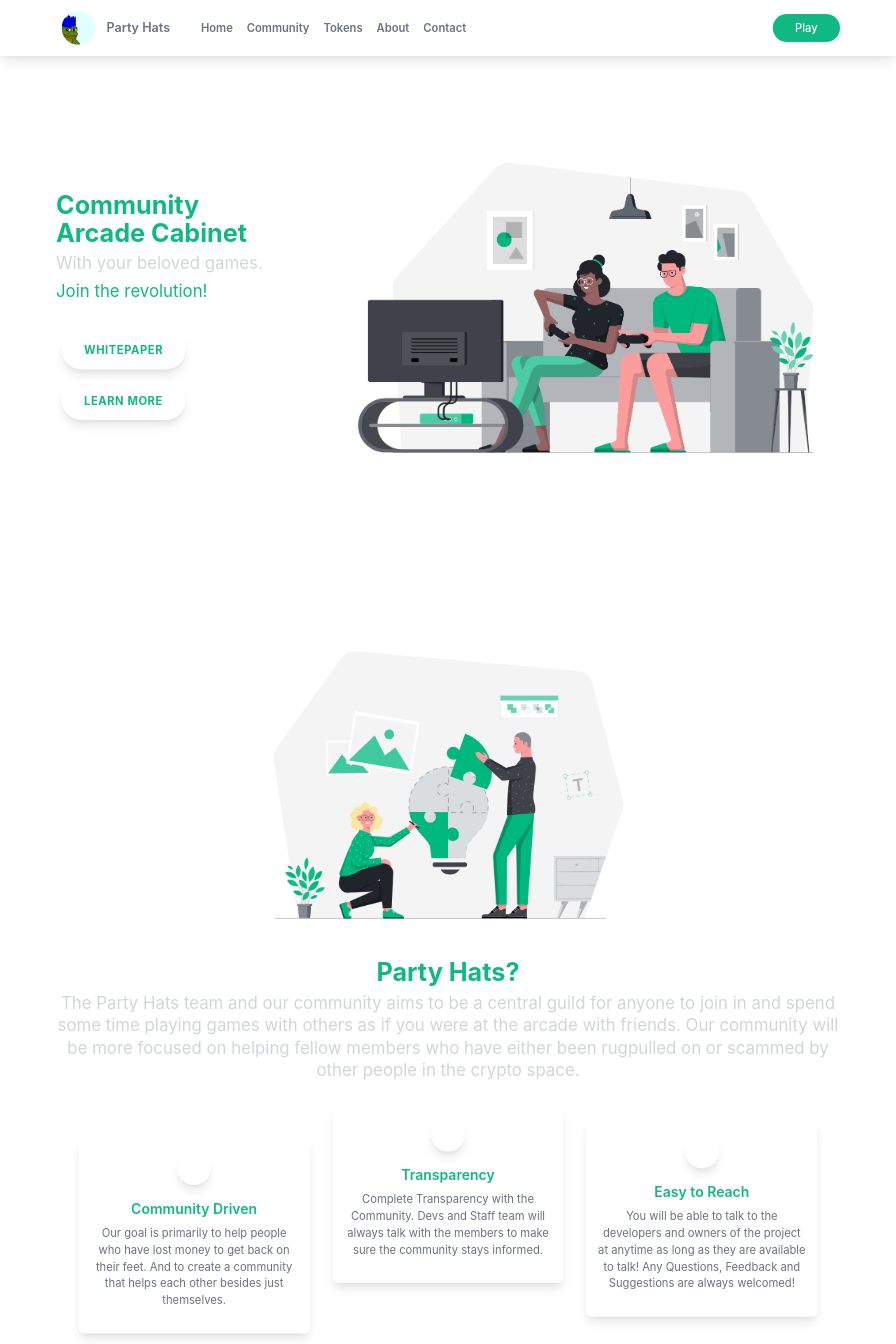
Repository: rhinorphan/phat-landing-page
Page: /
An editor plug-in stored every save of this project. The page is shown before and after the next save, followed by the edit.
The browser window is 1280 px wide. The pictures show the part of the page from y = 0 to 1920 px (the page is 3976 px tall before and 2454 px after), at 70% of full size.
The project was rebuilt for these pictures with package versions that can differ from the ones it lists, and the page was loaded fresh each time. Also part of the build but not shown: craco.config.js.

Above is the page before, as saved 2021-11-17 20:42:20.

### public/index.html
<!DOCTYPE html>
<html lang="en">
  <head>
    <meta charset="utf-8" />
    <link rel="icon" href="%PUBLIC_URL%/assets/images/server_icon.png" />
    <meta name="PHAT" content="width=device-width, initial-scale=1" />
    <meta name="theme-color" content="#000000" />
    <meta
      name="description"
      content="PHAT Landing Page"
    />
    <link rel="apple-touch-icon" href="%PUBLIC_URL%/assets/images/server_icon.png" />
    <!--
      manifest.json provides metadata used when your web app is installed on a
      user's mobile device or desktop. See https://developers.google.com/web/fundamentals/web-app-manifest/
    -->
    <link rel="manifest" href="%PUBLIC_URL%/manifest.json" />
    <!--
      Notice the use of %PUBLIC_URL% in the tags above.
      It will be replaced with the URL of the `public` folder during the build.
      Only files inside the `public` folder can be referenced from the HTML.

      Unlike "/favicon.ico" or "favicon.ico", "%PUBLIC_URL%/favicon.ico" will
      work correctly both with client-side routing and a non-root public URL.
      Learn how to configure a non-root public URL by running `npm run build`.
    -->
    <title>Party Hats</title>
  </head>
  <body>
    <noscript>You need to enable JavaScript to run this app.</noscript>
    <div id="root"></div>
    <!--
      This HTML file is a template.
      If you open it directly in the browser, you will see an empty page.

      You can add webfonts, meta tags, or analytics to this file.
      The build step will place the bundled scripts into the <body> tag.

      To begin the development, run `npm start` or `yarn start`.
      To create a production bundle, use `npm run build` or `yarn build`.
    -->
  </body>
</html>

### src/App.js
import logo from './logo.svg';
import './App.css';
import Header from './components/Header';
import Contact from './components/Contact';
import Landing from './components/Landing';
import Community from './components/Community';
import Tokens from './components/Tokens';
import About from './components/About';

function App() {
  return (
    <div className="app">
        <Header />
        <div className="app__body">
          <Landing />
          <Community />
          <Tokens />
          <About />
          <Contact />
        </div>
    </div>
  );
}

export default App;

### src/App.css
.active {
  @apply py-4 px-2 text-green-500 border-b-4 border-green-500 font-semibold
}

.active2 {
  @apply block text-sm px-2 py-4 text-white bg-green-500 font-semibold
}

.nobull {
  list-style-type: none;
}

### src/components/Header.js
import React from 'react';
import { Link, animateScroll as scroll } from "react-scroll";

function Header() {

  const handleSubmit = (e) => {
    e.preventDefault();

		const menu = document.querySelector(".mobile-menu");

		menu.classList.toggle("hidden");
  }
  const scrollToTop = (e) => {
    scroll.scrollToTop();
  };

  return (
    <nav class="bg-white shadow-lg sticky top-0">
			<div class="max-w-6xl mx-auto px-4">
				<div class="flex justify-between">
					<div class="flex space-x-7">
						<div>
							<a href="" class="flex items-center py-4 px-2">
								<img src={`${process.env.PUBLIC_URL}/assets/images/server_icon.png`} alt="Logo" class="inline object-cover w-12 h-12 mr-4 rounded-full"/>
								<span onClick={scrollToTop}class="font-semibold text-gray-500 text-lg">Party Hats</span>
							</a>
						</div>
						<div class="hidden md:flex items-center space-x-1 nobull">
              <li><Link activeClass="active" className="py-4 px-2 text-gray-500 font-semibold hover:text-green-500 transition duration-300 cursor-pointer"
              to="landing" spy={true} smooth={true} duration={500}>Home</Link></li>
							<li><Link activeClass="active" className="py-4 px-2 text-gray-500 font-semibold hover:text-green-500 transition duration-300 cursor-pointer"
              to="community" spy={true} smooth={true} duration={500}>Community</Link></li>
              <li><Link activeClass="active" className="py-4 px-2 text-gray-500 font-semibold hover:text-green-500 transition duration-300 cursor-pointer"
              to="token" spy={true} smooth={true} duration={500}>Tokens</Link></li>
							<li><Link activeClass="active" className="py-4 px-2 text-gray-500 font-semibold hover:text-green-500 transition duration-300 cursor-pointer"
              to="about" spy={true} smooth={true} duration={500}>About</Link></li>
							<li><Link activeClass="active" className="py-4 px-2 text-gray-500 font-semibold hover:text-green-500 transition duration-300 cursor-pointer"
              to="contact" spy={true} smooth={true} duration={500}>Contact</Link></li>
						</div>
					</div>
					<div class="hidden md:flex items-center space-x-3 ">
						<a target="_blank" rel="noopener noreferrer" href="https://tetr.io/" class="py-2 px-8 font-medium text-white bg-green-500 hover:bg-green-400 transition duration-300 rounded-full">Play</a>
					</div>
					<div class="md:hidden flex items-center">
						<button class="outline-none mobile-menu-button" onClick={handleSubmit}>
						<svg class=" w-6 h-6 text-gray-500 hover:text-green-500 "
							x-show="!showMenu"
							fill="none"
							stroke-linecap="round"
							stroke-linejoin="round"
							stroke-width="2"
							viewBox="0 0 24 24"
							stroke="currentColor"
						>
							<path d="M4 6h16M4 12h16M4 18h16"></path>
						</svg>
					</button>
					</div>
				</div>
			</div>
			<div class="hidden mobile-menu">
				<ul class="">
					<li><Link activeClass="active2" className="block text-sm px-2 py-4 hover:bg-green-500 transition duration-300 hover:text-white cursor-pointer"
              to="landing" spy={true} smooth={true} duration={500}>Home</Link></li>
					<li><Link activeClass="active2" className="block text-sm px-2 py-4 hover:bg-green-500 transition duration-300 hover:text-white cursor-pointer"
              to="community" spy={true} smooth={true} duration={500}>Community</Link></li>
          <li><Link activeClass="active2" className="block text-sm px-2 py-4 hover:bg-green-500 transition duration-300 hover:text-white cursor-pointer"
              to="token" spy={true} smooth={true} duration={500}>Tokens</Link></li>
					<li><Link activeClass="active2" className="block text-sm px-2 py-4 hover:bg-green-500 transition duration-300 hover:text-white cursor-pointer"
              to="about" spy={true} smooth={true} duration={500}>About</Link></li>
					<li><Link activeClass="active2" className="block text-sm px-2 py-4 hover:bg-green-500 transition duration-300 hover:text-white cursor-pointer"
              to="contact" spy={true} smooth={true} duration={500}>Contact</Link></li>
				</ul>
			</div>
		</nav>
  )
}

export default Header

### src/components/Landing.js
import React from 'react'
import { Link, animateScroll as scroll } from "react-scroll";

function Landing() {
  return (
    <section className="grid md:flex place-items-center h-screen py-10 px-4" name="landing">
      <div class="mx-16">
        <h2 class="text-4xl  font-bold mb-2 text-green-500">
          Community Arcade Cabinet
        </h2>
        <h3 class="text-2xl mb-2 text-gray-300">
        With your beloved games.
        </h3>
        <h3 class="text-2xl mb-8 text-green-500">
        Join the revolution!
        </h3>

        <button class="m-2 bg-white font-bold rounded-full py-4 px-8 shadow-lg uppercase tracking-wider text-green-500 hover:bg-green-400 transition duration-300 hover:text-white">
          <a target="_blank" rel="noopener noreferrer" href="https://lionell-moore.gitbook.io/crypto-party-hats/introductions/what-is-party-hats">Whitepaper</a>
        </button>
        <button class="m-2 bg-white font-bold rounded-full py-4 px-8 shadow-lg uppercase tracking-wider text-green-500 hover:bg-green-400 transition duration-300 hover:text-white">
          <a target="_blank" rel="noopener noreferrer" href="#"><Link activeClass="active"
              to="community" spy={true} smooth={true} duration={500}>Learn More</Link></a>
        </button>
      </div>
      <div className="w-full">
        <img src={`${process.env.PUBLIC_URL}/assets/images/landing.png`} alt="" className="h-full w-full"/>
      </div>
    </section>
  )
}

export default Landing

### src/components/Community.js
import React from 'react'

function Community() {
  return (
    <section className="grid md:grid place-items-center h-100 py-10 px-4" name="community">
      <div className="w-min-50">
        <img src={`${process.env.PUBLIC_URL}/assets/images/collab.png`} alt=""/>
      </div>
      <div class="mx-16 w-50">
        <h2 class="flex text-4xl  font-bold mb-2 text-green-500 justify-center">
        Party Hats?
        </h2>
        <h3 class="flex text-2xl mb-2 text-gray-300 text-center">
        The Party Hats team and our community aims to be a central guild for anyone to join in and spend some time playing games with others as if you were at the arcade with friends. Our community will be more focused on helping fellow members who have either been rugpulled on or scammed by other people in the crypto space.
        </h3>
        <section class="pb-10 bg-blueGray-200 mt-8">
        <div class="container mx-auto px-4">
          <div class="flex flex-wrap">
            <div class="lg:pt-12 pt-6 w-full md:w-4/12 px-4 text-center">
              <div class="flex flex-col min-w-0 break-words bg-white w-full mb-8 shadow-lg rounded-lg">
                <div class="px-4 py-5 flex-auto">
                  <div class="text-white p-3 text-center inline-flex items-center justify-center w-12 h-12 mb-5 shadow-lg rounded-full">
                    <i class="fas fa-award"></i>
                  </div>
                  <h6 class="text-xl font-semibold text-green-500">Community Driven</h6>
                  <p class="mt-2 mb-4 text-gray-500">
                  Our goal is primarily to help people who have lost money to get back on their feet. And to create a community that helps each other besides just themselves.
                  </p>
                </div>
              </div>
            </div>
            <div class="w-full md:w-4/12 px-4 text-center">
              <div class="flex flex-col min-w-0 break-words bg-white w-full mb-8 shadow-lg rounded-lg">
                <div class="px-4 py-5 flex-auto">
                  <div class="text-white p-3 text-center inline-flex items-center justify-center w-12 h-12 mb-5 shadow-lg rounded-full bg-lightBlue-400">
                    <i class="fas fa-retweet"></i>
                  </div>
                  <h6 class="text-xl font-semibold text-green-500">Transparency</h6>
                  <p class="mt-2 mb-4 text-gray-500">
                  Complete Transparency with the Community.
                  Devs and Staff team will always talk with the members to make sure the community stays informed.
                  </p>
                </div>
              </div>
            </div>
            <div class="pt-6 w-full md:w-4/12 px-4 text-center">
              <div class="flex flex-col min-w-0 break-words bg-white w-full mb-8 shadow-lg rounded-lg">
                <div class="px-4 py-5 flex-auto">
                  <div class="text-white p-3 text-center inline-flex items-center justify-center w-12 h-12 mb-5 shadow-lg rounded-full bg-emerald-400">
                    <i class="fas fa-fingerprint"></i>
                  </div>
                  <h6 class="text-xl font-semibold text-green-500">Easy to Reach</h6>
                  <p class="mt-2 mb-4 text-gray-500">
                  You will be able to talk to the developers and owners of the project at anytime as long as they are available to talk! Any Questions, Feedback and Suggestions are always welcomed!
                  </p>
                </div>
              </div>
            </div>
          </div>
        </div>
        </section>
      </div>
    </section>
  )
}

export default Community

### src/components/Tokens.js
import React from 'react'

function Tokens() {
  return (
    <section name="token" className="h-screen container px-5 py-24 mx-auto flex justify-center">
      <p className="flex text-4xl  font-bold mb-2 text-green-500 justify-center">Tokens</p>
    </section>
  )
}

export default Tokens

### src/components/About.js
import React from 'react'

// shadow-lg border border-gray-200 rounded-full overflow-hidden - picture TEAM div className

function About() {
  return (
    <section name="about" className="h-100 container px-5 py-24 mx-auto flex-col">
      <div>
        <p className="flex text-4xl  font-bold mb-2 text-green-500 justify-center">Meet the Team</p>
      </div>
      <div class="flex flex-col sm:flex-row gap-4">

			<div class="flex flex-col items-center justify-center bg-white p-4 shadow rounded-lg">
				<div class="inline-flex h-40 w-40">
					<img src={`${process.env.PUBLIC_URL}/assets/images/team1.png`}
						 alt=""
						 class="h-full w-full"/>
				</div>

				<h2 class="mt-4 font-bold text-xl">John Smith</h2>
				<h6 class="mt-2 text-sm font-medium text-green-500">Founder</h6>

				<p class="text-xs text-gray-500 text-center mt-3">
					Lorem ipsum dolor sit amet, consectetur adipisicing elit. Ab enim molestiae nulla.
				</p>

				<ul class="flex flex-row mt-4 space-x-2">
					<li>
						<a href="" class="flex items-center justify-center h-8 w-8 border rounded-full text-gray-800 border-gray-800">
							<i class="fab fa-facebook"></i>
						</a>
					</li>
					<li>
						<a href="" class="flex items-center justify-center h-8 w-8 border rounded-full text-gray-800 border-gray-800">
							<i class="fab fa-twitter"></i>
						</a>
					</li>
					<li>
						<a href="" class="flex items-center justify-center h-8 w-8 border rounded-full text-gray-800 border-gray-800">
							<i class="fab fa-instagram"></i>
						</a>
					</li>
				</ul>
			</div>

			<div class="flex flex-col items-center justify-center bg-white p-4 shadow rounded-lg">
				<div class="inline-flex h-40 w-40">
					<img src={`${process.env.PUBLIC_URL}/assets/images/team2.png`}
						 alt=""
						 class="h-full w-full"/>
				</div>

				<h2 class="mt-4 font-bold text-xl">Anna Bennett</h2>
				<h6 class="mt-2 text-sm font-medium text-green-500">CFO</h6>

				<p class="text-xs text-gray-500 text-center mt-3">
					Lorem ipsum dolor sit amet, consectetur adipisicing elit. Ab enim molestiae nulla.
				</p>

				<ul class="flex flex-row mt-4 space-x-2">
					<li>
						<a href="" class="flex items-center justify-center h-8 w-8 border rounded-full text-gray-800 border-gray-800">
							<i class="fab fa-facebook"></i>
						</a>
					</li>
					<li>
						<a href="" class="flex items-center justify-center h-8 w-8 border rounded-full text-gray-800 border-gray-800">
							<i class="fab fa-twitter"></i>
						</a>
					</li>
					<li>
						<a href="" class="flex items-center justify-center h-8 w-8 border rounded-full text-gray-800 border-gray-800">
							<i class="fab fa-instagram"></i>
						</a>
					</li>
				</ul>
			</div>

			<div class="flex flex-col items-center justify-center bg-white p-4 shadow rounded-lg">
				<div class="inline-flex h-40 w-40">
					<img src={`${process.env.PUBLIC_URL}/assets/images/team3.png`}
						 alt=""
						 class="h-full w-full"/>
				</div>

				<h2 class="mt-4 font-bold text-xl">Mary Taylor</h2>
				<h6 class="mt-2 text-sm font-medium text-green-500">Marketing</h6>

				<p class="text-xs text-gray-500 text-center mt-3">
					Lorem ipsum dolor sit amet, consectetur adipisicing elit. Ab enim molestiae nulla.
				</p>

				<ul class="flex flex-row mt-4 space-x-2">
					<li>
						<a href="" class="flex items-center justify-center h-8 w-8 border rounded-full text-gray-800 border-gray-800">
							<i class="fab fa-facebook"></i>
						</a>
					</li>
					<li>
						<a href="" class="flex items-center justify-center h-8 w-8 border rounded-full text-gray-800 border-gray-800">
							<i class="fab fa-twitter"></i>
						</a>
					</li>
					<li>
						<a href="" class="flex items-center justify-center h-8 w-8 border rounded-full text-gray-800 border-gray-800">
							<i class="fab fa-instagram"></i>
						</a>
					</li>
				</ul>
			</div>

		</div>

    </section>
  )
}

export default About

### src/components/Game.js
import React from 'react'
import './Game.scss'

function Game() {
  return (
    <div class="presentation-content">
  <h1 class="presentation-title">
    Custom Property Retro Buttons
  </h1>
  <div class="top-button-group">
    <button class="retro-button">Start</button><button class="retro-button">Select</button>
  </div>
  <div class="bottom-button-group">
    <button class="retro-button red-button">A</button><button class="retro-button yellow-button">B</button><button class="retro-button blue-button">X</button><button class="retro-button green-button">Y</button>
  </div>
</div>
  )
}

export default Game

### src/components/Game.scss
:root {
  --button-height: 3rem;
  --color-text: rgba(0, 0, 0, 0.25);
  --color-text-shadow: rgba(255, 255, 255, 0.15);
  --color-page-bg: #b9b5aa;
  --color-bg: #899095;
  --color-bg-light: #969da3;
  --color-bg-dark: #7d878f;
  --color-overlay-light: rgba(255, 255, 255, 0.2);
  --color-overlay-medium: rgba(0, 0, 0, 0.1);
  --color-overlay-dark: rgba(0, 0, 0, 0.2);
  --color-tab-focus: rgba(255, 255, 255, 0.15);
}

.red-button {
  --color-bg: #e44e55;
  --color-bg-light: #e47479;
  --color-bg-dark: #d13239;
}

.green-button {
  --color-bg: #00a07d;
  --color-bg-light: #00af8a;
  --color-bg-dark: #008f70;
}

.blue-button {
  --color-bg: #0066b4;
  --color-bg-light: #3981ca;
  --color-bg-dark: #004ead;
}

.yellow-button {
  --color-bg: #ffc054;
  --color-bg-light: #ffd996;
  --color-bg-dark: #f2aa30;
}

.retro-button {
  position: relative;
  appearance: none;
  box-sizing: border-box;
  font-size: calc(var(--button-height) / 3);
  font-family: "Open Sans", sans-serif;
  background: var(--color-bg);
  height: var(--button-height);
  min-width: var(--button-height);
  border-radius: calc(var(--button-height) / 2);
  border: 0;
  font-weight: 800;
  text-transform: uppercase;
  color: var(--color-text);
  text-shadow: 1px 1px var(--color-text-shadow);
  cursor: pointer;
  margin: 6px 6px;
  letter-spacing: 0.1em;
  transition: all 200ms ease;
  box-shadow: -1px -1px 1px var(--color-bg), 0 0 0 4px var(--color-overlay-medium), 1px 1px 1px var(--color-bg-dark), inset 0 0 0 var(--color-overlay-dark), inset 0.5rem 0.5rem 0.25rem var(--color-bg-light);
}

.retro-button::-moz-focus-inner {
  outline: none;
  border: none;
}

.retro-button:focus {
  outline: none;
  box-shadow: -1px -1px 1px var(--color-bg-dark), 0 0 0 4px var(--color-tab-focus), 1px 1px 1px var(--color-bg-dark), inset 0 0 0 var(--color-overlay-dark), inset 0.5rem 0.5rem 0.25rem var(--color-bg-light);
}

.retro-button:hover {
  box-shadow: -1px -1px 1px var(--color-bg-dark), 0 0 0 4px var(--color-overlay-dark), 1px 1px 1px var(--color-bg-dark), inset 0 0 0 var(--color-overlay-dark), inset 0.5rem 0.5rem 0.25rem var(--color-bg-light);
}

.retro-button:active {
  box-shadow: inset 1px 1px 1px var(--color-bg), 0 0 0 4px var(--color-overlay-dark), inset -1px -1px 1px var(--color-bg-light), inset 0.5rem 0.5rem 0.75rem var(--color-bg-dark), inset 0.5rem 0.5rem 0.5rem var(--color-bg-light);
}

body {
  background: var(--color-page-bg);
  display: flex;
  align-items: center;
  justify-content: center;
  height: 100vh;
  border: 1px solid var(--color-page-bg);
  box-sizing: border-box;
  overflow: hidden;
  box-shadow: inset 20vw 20vw 30vw rgba(255, 255, 255, 0.05), inset -20vw -20vw 30vw rgba(0, 0, 0, 0.1);
  padding: 1rem;
}

.presentation-content {
  text-align: center;
}

.presentation-title {
  color: rgba(0, 0, 0, 0.2);
  text-shadow: 1px 1px rgba(255, 255, 255, 0.15);
  font-family: "Open Sans", sans-serif;
  font-weight: 800;
  text-transform: uppercase;
  margin-bottom: 1rem;
  font-size: 1.5rem;
}

.top-button-group {
  display: flex;
  padding-bottom: 1rem;
}
.top-button-group > * {
  flex: 1;
}

.bottom-button-group {
  background: var(--color-bg);
  padding: 1rem;
  border-radius: 1rem;
  box-shadow: -1px -1px 1px var(--color-bg-light), inset -1px -1px 1px var(--color-bg-dark);
}

Loaded but not shown: src/index.js (common file); src/index.css (common file); src/reportWebVitals.js (common file); tailwind.config.js (common file); src/components/Contact.js (96 lines, source omitted)

After the next save:
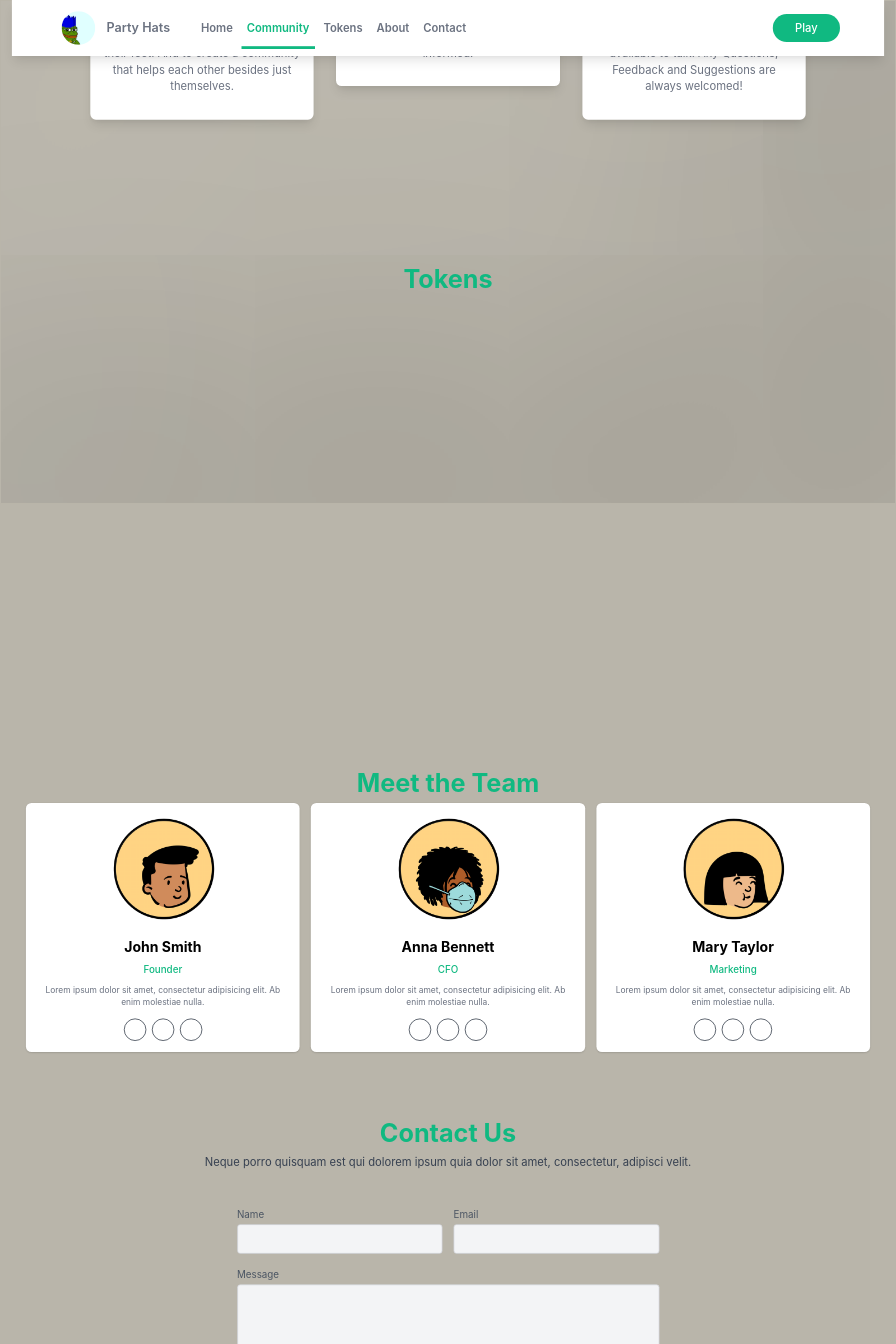
Saved 23 s later.
--- a/src/App.js
+++ b/src/App.js
@@ -6,6 +6,7 @@ import Landing from './components/Landing';
 import Community from './components/Community';
 import Tokens from './components/Tokens';
 import About from './components/About';
+import Game from './components/Game';
 
 function App() {
   return (
@@ -17,6 +18,7 @@ function App() {
           <Tokens />
           <About />
           <Contact />
+          <Game />
         </div>
     </div>
   );
